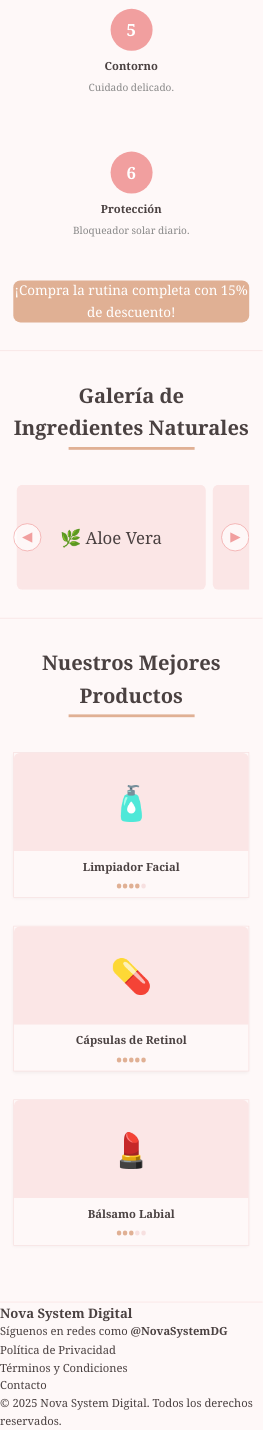
Repository: NovaSystem-DG/tienda-online
Page: index.html
The author's editor kept a copy of each file at every save. The page is drawn from the files as they stood at one save, then again after a run of saves.
The browser window is 375 px wide. The pictures show the part of the page from y = 1992 to 4232 px (the page is 4035 px tall before and 4232 px after), at 70% of full size.

Above is the page before, as saved 2025-12-10 13:14:24.

After the next 2 saves:
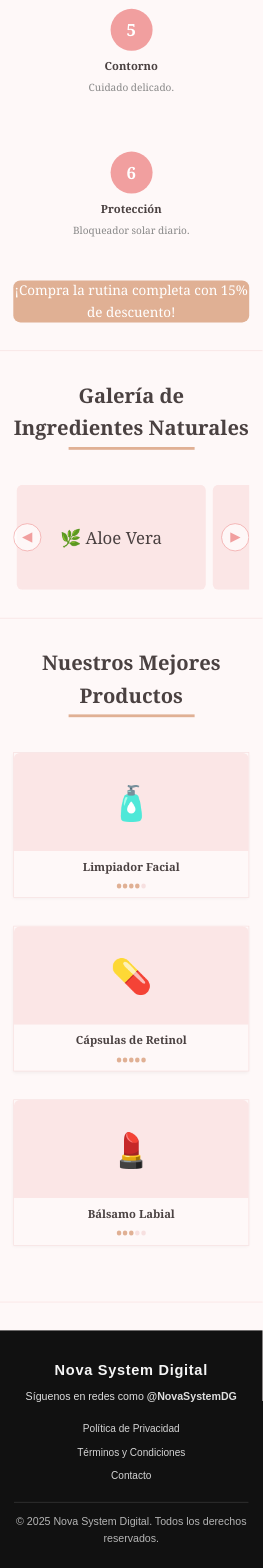
The 2 saves are shown as one change because they came seconds apart.
The last was saved 32 s later.
--- a/style.css
+++ b/style.css
@@ -308,6 +308,77 @@
     color: var(--border-color);
 }
 
+/* ----- FOOTER ----- */
+.footer {
+  background: #111;
+  color: #f5f5f5;
+  padding: 40px 20px 10px;
+  margin-top: 40px;
+  text-align: center;
+  font-family: "Poppins", sans-serif;
+}
+
+.footer h3 {
+  font-size: 1.6rem;
+  margin-bottom: 10px;
+  letter-spacing: 1px;
+  font-weight: 600;
+}
+
+.footer p {
+  font-size: 0.95rem;
+  margin: 5px 0 20px;
+  opacity: 0.9;
+}
+
+.footer-links {
+  list-style: none;
+  padding: 0;
+  margin: 0 0 25px;
+  display: flex;
+  justify-content: center;
+  flex-wrap: wrap;
+  gap: 15px;
+}
+
+.footer-links a {
+  text-decoration: none;
+  color: #ffffffd2;
+  font-size: 0.9rem;
+  transition: 0.3s ease;
+}
+
+.footer-links a:hover {
+  color: #ffd54f;
+}
+
+.footer-bottom {
+  border-top: 1px solid #444;
+  padding-top: 10px;
+  font-size: 0.85rem;
+  opacity: 0.8;
+}
+
+/* Responsive */
+@media (max-width: 500px) {
+  .footer h3 {
+    font-size: 1.3rem;
+  }
+  .footer-links {
+    flex-direction: column;
+    gap: 8px;
+  }
+}
+
+
+
+
+
+
+
+
+
+
 /* diseño responsive */
 
 /* header */
